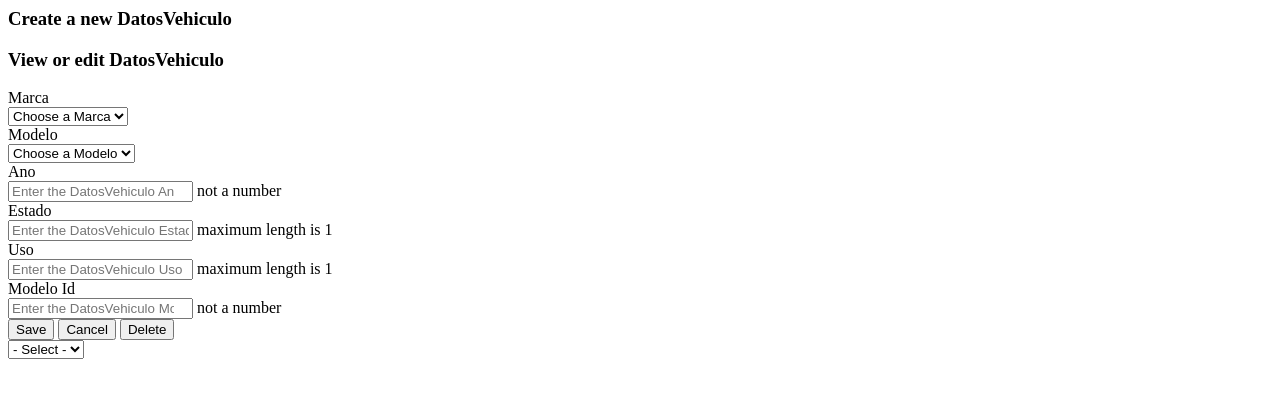
Repository: PabloRPalma/SistemaVentaSeguros
Page: Cotizador/src/main/webapp/views/DatosVehiculo/detail.html
The author's editor kept a copy of each file at every save. The page is drawn from the files as they stood at one save, then again after the next save.
The browser window is 1280 px wide. The pictures show the whole page.

Above is the page before, as saved 2021-02-05 12:22:29.

### Cotizador/src/main/webapp/views/DatosVehiculo/detail.html
<header ng-switch on="$location.path().indexOf('/DatosVehiculos/new') > -1">
    <h3 ng-switch-when="true">Create a new DatosVehiculo</h3>
    <h3 ng-switch-when="false">View or edit DatosVehiculo</h3>
</header>
<form id="DatosVehiculoForm" name="DatosVehiculoForm" class="form-horizontal" role="form">

    <div class="form-group" ng-class="{'has-error': DatosVehiculoForm.marca.$invalid}">
        <label for="marca" class="col-sm-2 control-label">Marca</label>
        <div id="marcaControls" class="col-sm-10">
        <select id="marca" name="marca" class="form-control" ng-model="marcaSelection" ng-options="m.text for m in marcaSelectionList"  >
            <option value="">Choose a Marca</option>
        </select>
        </div>
    </div>

    <div class="form-group" ng-class="{'has-error': DatosVehiculoForm.modelo.$invalid}">
        <label for="modelo" class="col-sm-2 control-label">Modelo</label>
        <div id="modeloControls" class="col-sm-10">
        <select id="modelo" name="modelo" class="form-control" ng-model="modeloSelection" ng-options="m.text for m in modeloSelectionList"  >
            <option value="">Choose a Modelo</option>
        </select>
        </div>
    </div>

    <div class="form-group" ng-class="{'has-error': DatosVehiculoForm.ano.$invalid}">
        <label for="ano" class="col-sm-2 control-label">Ano</label>
        <div id="anoControls" class="col-sm-10">
            <input id="ano" name="ano" type="number" class="form-control" ng-model="datosVehiculo.ano" placeholder="Enter the DatosVehiculo Ano"></input>
            <span class="help-block error" ng-show="DatosVehiculoForm.ano.$error.number">not a number</span>
        </div>
    </div>

    <div class="form-group" ng-class="{'has-error': DatosVehiculoForm.estado.$invalid}">
        <label for="estado" class="col-sm-2 control-label">Estado</label>
        <div id="estadoControls" class="col-sm-10">
            <input id="estado" name="estado" type="text" ng-maxlength="1" class="form-control" ng-model="datosVehiculo.estado" placeholder="Enter the DatosVehiculo Estado"></input>
            <span class="help-block error" ng-show="DatosVehiculoForm.estado.$error.maxlength">maximum length is 1</span>
        </div>
    </div>

    <div class="form-group" ng-class="{'has-error': DatosVehiculoForm.uso.$invalid}">
        <label for="uso" class="col-sm-2 control-label">Uso</label>
        <div id="usoControls" class="col-sm-10">
            <input id="uso" name="uso" type="text" ng-maxlength="1" class="form-control" ng-model="datosVehiculo.uso" placeholder="Enter the DatosVehiculo Uso"></input>
            <span class="help-block error" ng-show="DatosVehiculoForm.uso.$error.maxlength">maximum length is 1</span>
        </div>
    </div>

    <div class="form-group" ng-class="{'has-error': DatosVehiculoForm.modeloId.$invalid}">
        <label for="modeloId" class="col-sm-2 control-label">Modelo Id</label>
        <div id="modeloIdControls" class="col-sm-10">
            <input id="modeloId" name="modeloId" type="number" class="form-control" ng-model="datosVehiculo.modeloId" placeholder="Enter the DatosVehiculo Modelo Id"></input>
            <span class="help-block error" ng-show="DatosVehiculoForm.modeloId.$error.number">not a number</span>
        </div>


    </div>


    <div class="form-group">
        <div class="col-sm-offset-2 col-sm-10">
            <button id="saveDatosVehiculo" name="saveDatosVehiculo" class="btn btn-primary" ng-disabled="isClean() || DatosVehiculoForm.$invalid" ng-click="save()"><span class="glyphicon glyphicon-ok-sign"></span> Save</button>
            <button id="cancel" name="cancel" class="btn btn-default" ng-click="cancel()"><span class="glyphicon glyphicon-remove-sign"></span> Cancel</button>
            <button id="deleteDatosVehiculo" name="deleteDatosVehiculo" class="btn btn-danger" ng-show="datosVehiculo.valorizacionId" ng-click="remove()"><span class="glyphicon glyphicon-trash"></span> Delete</button>
        </div>

        <div data-ng-controller="FormController">
    <select ng-model="select.value" ng-options="o.Description for o in select.options" lazy-load-options="" data-options="select.options">
        <option value=""> - Select - </option>
    </select>
</div>
    </div>
</form>

After the next save:
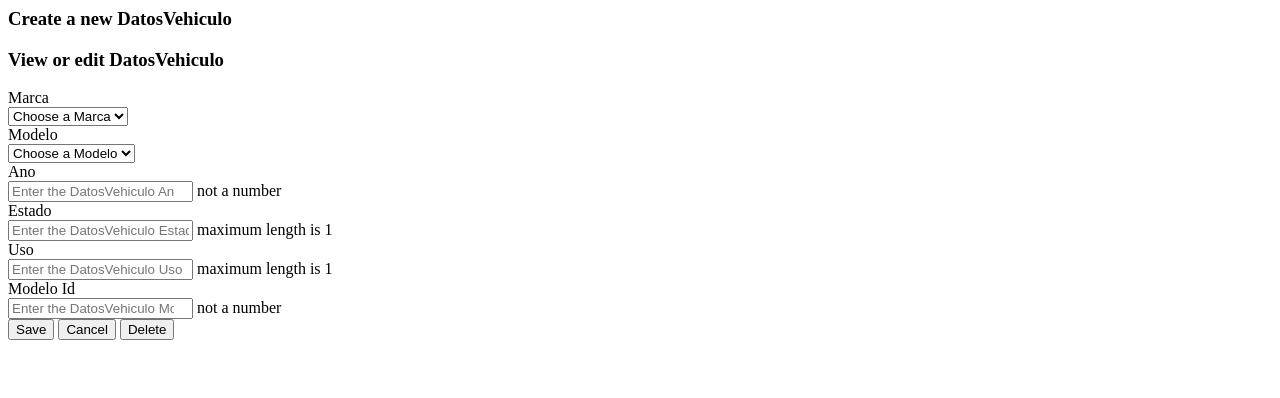
Saved 2 min 3 s later.
--- a/Cotizador/src/main/webapp/views/DatosVehiculo/detail.html
+++ b/Cotizador/src/main/webapp/views/DatosVehiculo/detail.html
@@ -64,10 +64,6 @@
             <button id="deleteDatosVehiculo" name="deleteDatosVehiculo" class="btn btn-danger" ng-show="datosVehiculo.valorizacionId" ng-click="remove()"><span class="glyphicon glyphicon-trash"></span> Delete</button>
         </div>
 
-        <div data-ng-controller="FormController">
-    <select ng-model="select.value" ng-options="o.Description for o in select.options" lazy-load-options="" data-options="select.options">
-        <option value=""> - Select - </option>
-    </select>
-</div>
+
     </div>
 </form>
